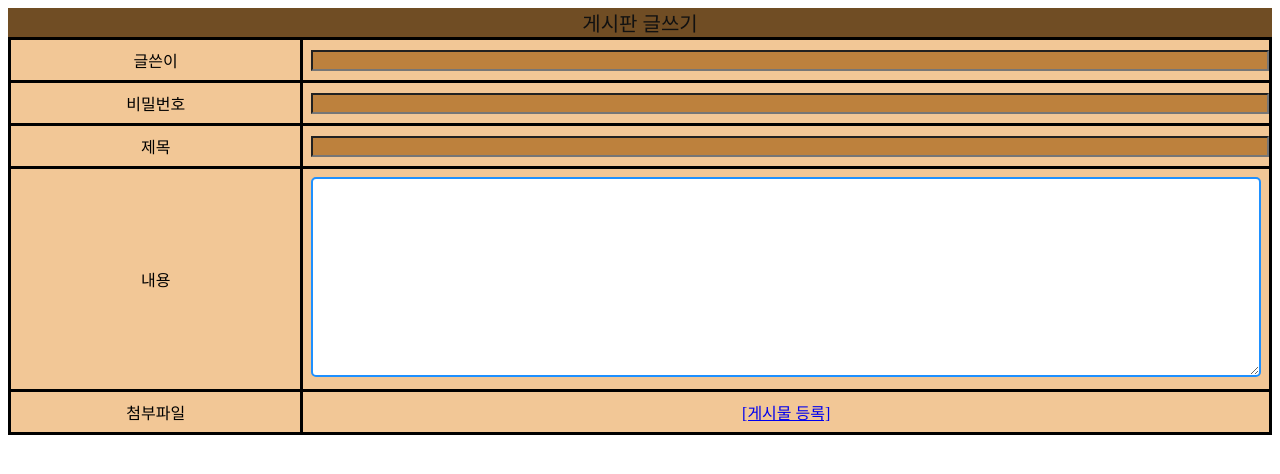
Repository: LucestDail/jdbcWorkspace
Page: http://localhost/jdbcProject/model1/board/writeForm.jsp
These files come from the project's save history. The page is drawn as it stood at one moment and after the next save; the edit follows.
The browser window is 1280 px wide. The pictures show the whole page.
The page is served by Tomcat 9.

Above is the page before, as saved 2020-11-20 04:58:10.

After the next save:
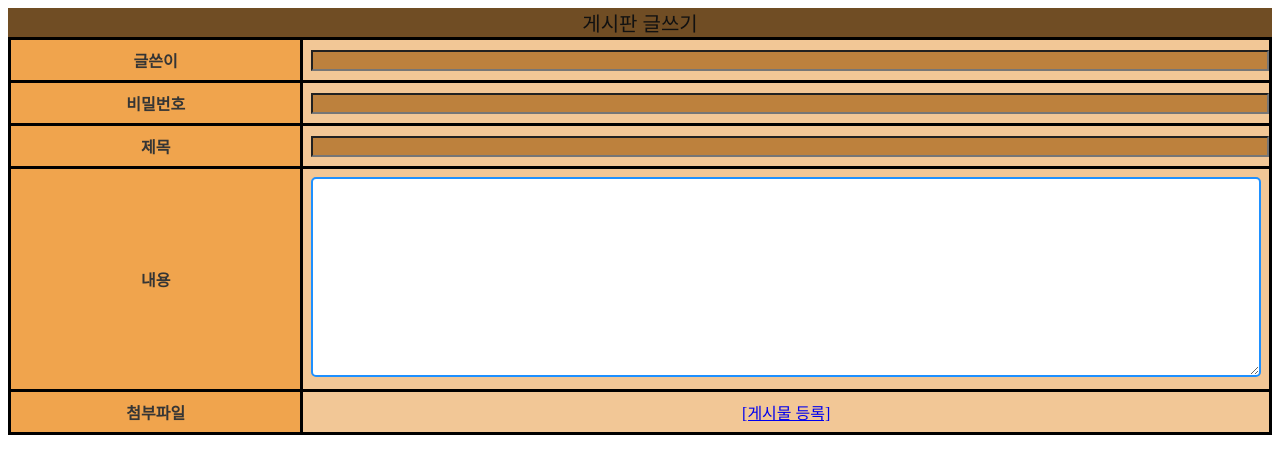
Saved 53 s later.
--- a/jdbcProject/WebContent/model1/board/writeForm.jsp
+++ b/jdbcProject/WebContent/model1/board/writeForm.jsp
@@ -38,41 +38,41 @@
 	<table>
 		<caption>게시판 글쓰기</caption>
 		<tr>
-			<td>
+			<th>
 				글쓴이
-			</td>
+			</th>
 			<td>
 				<input type = "text" name = "name">
 			</td>
 		</tr>
 		<tr>
-			<td>
+			<th>
 				비밀번호
-			</td>
+			</th>
 			<td>
 				<input type = "password" name = "pass">
 			</td>
 		</tr>
 		<tr>
-			<td>
+			<th>
 				제목
-			</td>
+			</th>
 			<td>
 				<input type = "text" name = "subject">
 			</td>
 		</tr>
 		<tr>
-			<td>
+			<th>
 				내용
-			</td>
+			</th>
 			<td>
 				<textarea rows = "15" name = "content"></textarea>
 			</td>
 		</tr>
 		<tr>
-			<td>
+			<th>
 				첨부파일
-			</td>
+			</th>
 			<td colspan = "2">
 				<a href = "javascript:inputcheck()">[게시물 등록]</a>
 			</td>
